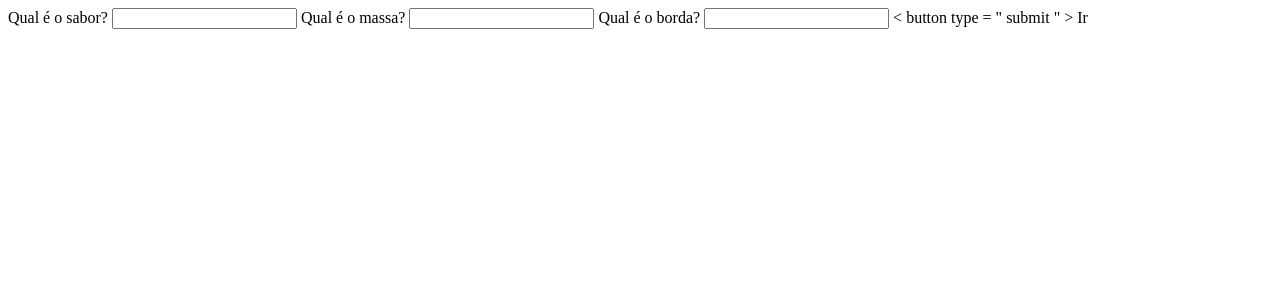
Repository: Andressa15/kk--andressa
Page: http://localhost/ficha
An editor plug-in stored every save of this project. The page is shown before and after the next save, followed by the edit.
The browser window is 1280 px wide. The pictures show the whole page.
The page is this project's Thymeleaf template; nobody is signed in. The template is opened directly, without the code that normally fills it, so the values that code supplies are empty.

Above is the page before, as saved 2019-06-28 03:18:43.

### PizzariaDaAndressa/src/main/resources/templates/ficha.html
<!DOCTYPE html>
<html xmlns:th="http://www.thymeleaf.org">
<head>
    <meta charset="UTF-8">
    <meta name="viewport" content="width=device-width, initial-scale=1.0">
    <meta http-equiv="X-UA-Compatible" content="ie=edge">
    <title>Document</title>
</head>
<body>
      <div>
       <form method="POST">
        Qual é o sabor? <input type="text" name="sabor">
        Qual é o massa? <input type="text" name="massa">
        Qual é o borda? <input type="text" name="borda">
       < button type = " submit " > Ir </ button >

      </form>
      </div>
</body>
</html>

After the next save:
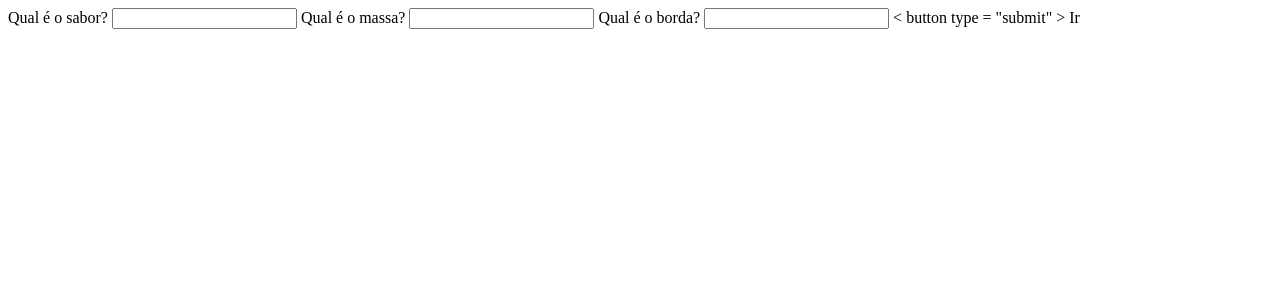
Saved 7 min 3 s later.
--- a/PizzariaDaAndressa/src/main/resources/templates/ficha.html
+++ b/PizzariaDaAndressa/src/main/resources/templates/ficha.html
@@ -12,7 +12,7 @@
         Qual é o sabor? <input type="text" name="sabor">
         Qual é o massa? <input type="text" name="massa">
         Qual é o borda? <input type="text" name="borda">
-       < button type = " submit " > Ir </ button >
+       < button type = "submit" > Ir </ button >
 
       </form>
       </div>
